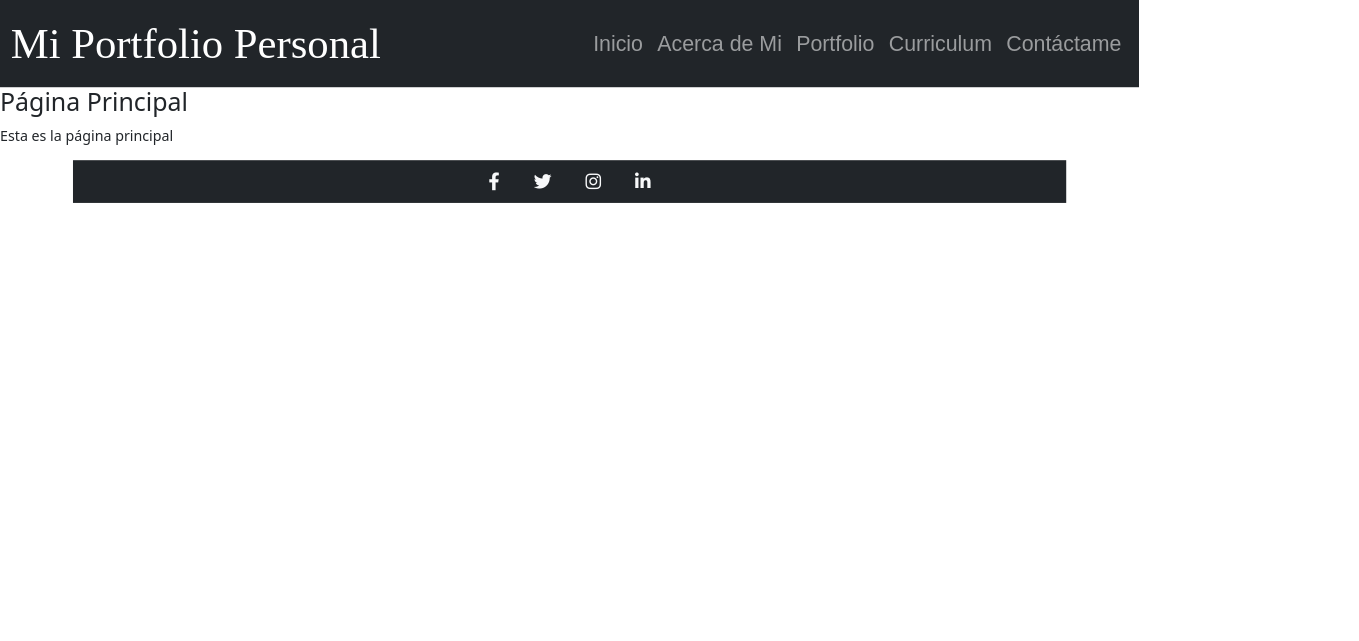
Repository: AlejandroJesusSerrano/portfolio
Page: portfolio/core/templates/core/home.html
The author's editor kept a copy of each file at every save. The page is drawn from the files as they stood at one save, then again after the next save.
The browser window is 1280 px wide. The page is 1280 px wide, then 1527 px, so the pictures cover 1527 px, including what lies to the right of the window. The pictures show the whole page, at 89% of full size.
Some web fonts or font styles are not loaded; a fallback is used. The template is drawn by Django 4.2. The application's start-up code is not run. Other server files are loaded and not shown. The template is opened directly, without the code that normally fills it, so the values that code supplies are empty.

Above is the page before, as saved 2023-09-05 15:45:40.

### portfolio/core/templates/core/home.html
{% extends 'core/base.html' %}

{% block title %} Inicio {% endblock title %}

{% block content %}
<h3>Página Principal</h3>

<p>Esta es la página principal</p>
{% endblock content %}

### portfolio/core/templates/core/base.html
{% load static %}

<!DOCTYPE html>
<html lang="en">

<head>
  <meta charset="UTF-8">
  <meta name="viewport" content="width=device-width, initial-scale=1.0">
  <link rel="stylesheet" href={% static 'lib/bootstrap-5.2/css/bootstrap.min.css' %}>
  <link rel="stylesheet" href={% static 'lib/fontawesome-6.4.2/css/all.min.css' %}>
  <link rel="stylesheet" href={% static 'css/styles.css' %}>
  <title>Portafolio Personal - {% block title %} {% endblock title %}</title>
</head>

<body>
  <!-- HEADER -->
  <nav class="navbar navbar-expand-lg navbar-dark bg-dark">
    <div class="container-fluid">
      <a class="navbar-brand brand" href={% url 'home' %}>Mi Portfolio Personal</a>
      <button class="navbar-toggler" type="button" data-bs-toggle="collapse" data-bs-target="#navbarNav"
        aria-controls="navbarNav" aria-expanded="false" aria-label="Toggle navigation">
        <span class="navbar-toggler-icon"></span>
      </button>
      <div class="collapse navbar-collapse" id="navbarNav">
        <ul class="navbar-nav nav_menu ms-auto">
          <li class="nav-item">
            <a class="nav-link" aria-current="page" href={% url 'home' %}>Inicio</a>
          </li>
          <li class="nav-item">
            <a class="nav-link" href={% url 'about' %}>Acerca de Mi</a>
          </li>
          <li class="nav-item">
            <a class="nav-link" href={% url 'portfolio' %}>Portfolio</a>
          </li>
          <li class="nav-item">
            <a class="nav-link" href={% url 'curriculum' %}>Curriculum</a>
          </li>
          <li class="nav-item">
            <a class="nav-link" href={% url 'contact' %}>Contáctame</a>
          </li>
        </ul>
      </div>
    </div>
  </nav>

  <!-- CONTENT - Template Tags -->

  {% block content %} {%endblock content%}

  <div class="container mb-0 col-12">
    <footer class="bg-dark text-center text-light">
      <section class="mb-4">
        <div class="container">
          <a class="btn btn-link btn-floating btn-lg text-light" href="#" role="button">
            <i class="fab fa-facebook-f"></i>
          </a>
          <a class="btn btn-link btn-floating btn-lg text-light" href="#" role="button">
            <i class="fab fa-twitter"></i>
          </a>
          <a class="btn btn-link btn-floating btn-lg text-light" href="#" role="button">
            <i class="fab fa-instagram"></i>
          </a>
          <a class="btn btn-link btn-floating btn-lg text-light" href="#" role="button">
            <i class="fab fa-linkedin-in"></i>
          </a>
        </div>
      </section>
    </footer>
  </div>
  <!-- End of .container -->

  <script src={% static 'lib/bootstrap-5.2/js/bootstrap.min.js' %}></script>
  <script src={% static 'lib/fontawesome-6.4.2/js/all.min.js' %}></script>
</body>

</html>

### portfolio/static/css/styles.css
@import url("https://fonts.googleapis.com/css2?family=Arima:wght@500;700&family=Average+Sans&family=Mulish:ital,wght@0,400;0,500;0,700;1,400;1,500;1,700&display=swap");

* {
  margin: 0;
  padding: 0;
  box-sizing: border-box;
}

.brand {
  font-family: "Arima", cursive;
  font-size: 3rem;
}

.nav_menu {
  font-family: "Average Sans", sans-serif;
  font-size: 1.5rem;
}

Loaded but not shown: portfolio/static/lib/bootstrap-5.2/css/bootstrap.min.css (library); portfolio/static/lib/fontawesome-6.4.2/css/all.min.css (library); portfolio/static/lib/bootstrap-5.2/js/bootstrap.min.js (library)

After the next save:
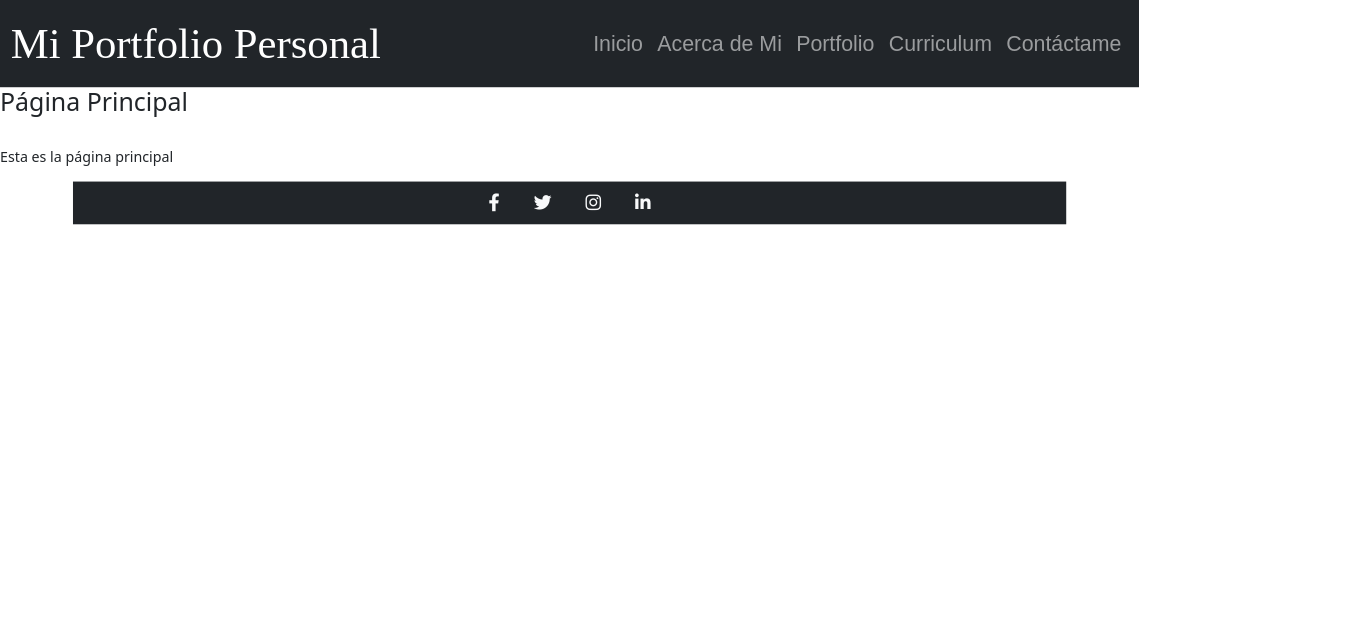
Not found: static/lib/img/sancarlos_noche_web.jpg
Saved 16 h 32 min later.
--- a/portfolio/core/templates/core/home.html
+++ b/portfolio/core/templates/core/home.html
@@ -1,9 +1,11 @@
 {% extends 'core/base.html' %}
+{% load static %}
 
 {% block title %} Inicio {% endblock title %}
 
 {% block content %}
 <h3>Página Principal</h3>
+<img src={% static 'lib/img/sancarlos_noche_web.jpg' %} alt="">
 
 <p>Esta es la página principal</p>
 {% endblock content %}

After the 2 saves that followed:
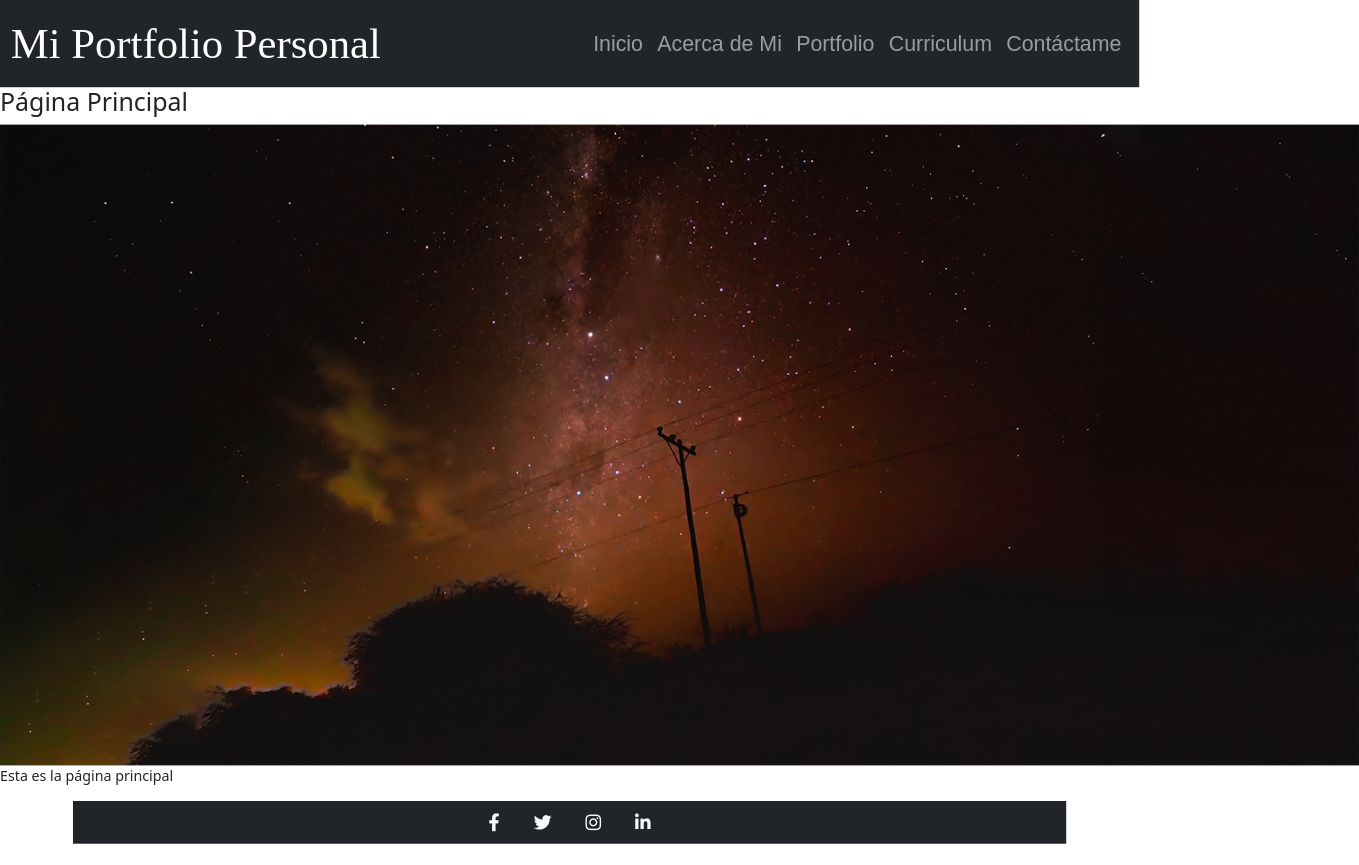
The 2 saves are shown as one change because 1 left the picture as it was.
The last was saved 6 min 57 s later.
--- a/portfolio/core/templates/core/home.html
+++ b/portfolio/core/templates/core/home.html
@@ -5,7 +5,8 @@
 
 {% block content %}
 <h3>Página Principal</h3>
-<img src={% static 'lib/img/sancarlos_noche_web.jpg' %} alt="">
+
+<img src={% static 'img/sancarlos_noche_web.jpg' %} alt="">
 
 <p>Esta es la página principal</p>
 {% endblock content %}
